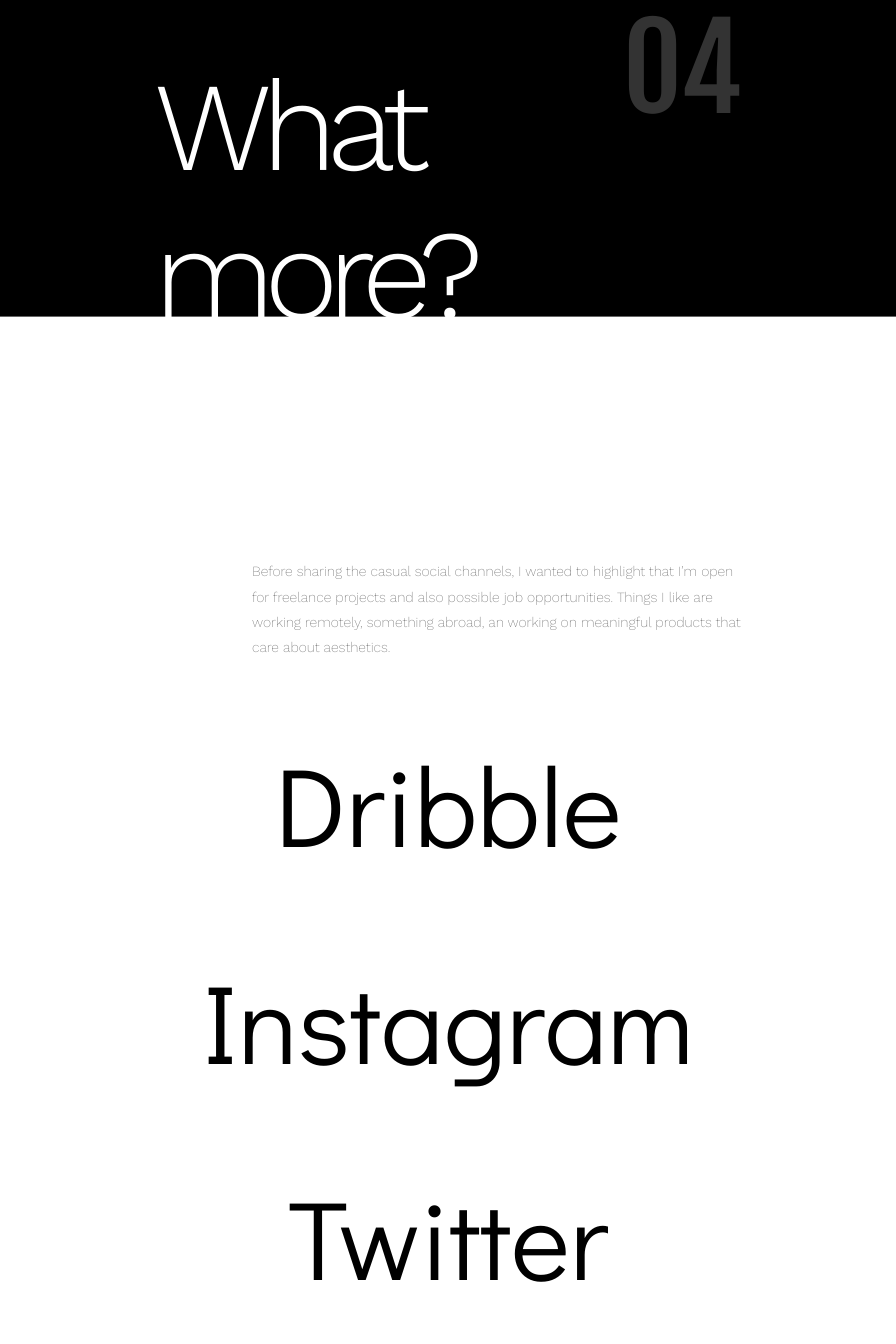
Repository: m0lt/DigitalDesigner
Page: index.html
The author's editor kept a copy of each file at every save. The page is drawn from the files as they stood at one save, then again after the next save.
The browser window is 1280 px wide. The pictures show the part of the page from y = 3836 to 5756 px (the page is 5756 px tall before and 5673 px after), at 70% of full size.
Backgrounds fixed to the window are drawn as part of the page.

Above is the page before, as saved 2025-07-08 12:36:48.

### index.html
<!DOCTYPE html>
<html lang="en">
  <head>
    <meta charset="UTF-8" />
    <meta name="viewport" content="width=device-width, initial-scale=1.0" />
    <link rel="stylesheet" href="./assets/css/styles.css" />
    <link rel="stylesheet" href="./assets/css/styles.css" />
    <title>Project 1</title>
  </head>
  <body>
    <header></header>
    <main>
      <section id="hero">
        <p>Super Portfolio of</p>
        <h1>DIGITAL<br />DESIGNER</h1>
        <img src="./assets/img/portfolio1.jpeg" alt="Man Jumping on Rock" />
        <p>WORK</p>
      </section>
      <article id="ORBIS" class="dark content">
        <p class="Year">2019</p>
        <h2>ORBIS</h2>
        <p>Corporate Website</p>
        <div class="hoverAction">
          <button>DIVE IN</button>
          <p class="number">01</p>
        </div>
      </article>
      <article id="ROLLR" class="light content">
        <p class="Year">2019</p>
        <h2>ROLLR</h2>
        <p>Marketing Website</p>
        <div class="hoverAction">
          <button>DIVE IN</button>
          <p class="number">02</p>
        </div>
      </article>
      <article id="GALITOS" class="dark content">
        <p class="Year">2018</p>
        <h2>GALITO'S</h2>
        <p>Marketing Website</p>
        <div class="hoverAction">
          <button>DIVE IN</button>
          <p class="number">03</p>
        </div>
      </article>
      <article id="TRETTO" class="light content">
        <p class="Year">2018</p>
        <h2>TRETTO</h2>
        <p>Mobile App</p>
        <div class="hoverAction">
          <button>DIVE IN</button>
          <p class="number">04</p>
        </div>
      </article>
      <article id="more" class="content">
        <h2>What more?</h2>
        <div>
          <p>
            Before sharing the casual social channels, I wanted to highlight that I’m open for freelance projects and
            also possible job opportunities. Things I like are working remotely, something abroad, an working on
            meaningful products that care about aesthetics.
          </p>
          <p>super@super.de</p>
        </div>
      </article>
    </main>
    <footer>
      <p>Dribble</p>
      <p>Instagram</p>
      <p>Twitter</p>
    </footer>
  </body>
</html>

### assets/css/styles.css
* {
  box-sizing: border-box;
  margin: 0;
  padding: 0;
}

:root {
  --void: #000;
  --bright: #fff;
  --dark: #333;
  --mid: #666;
  --light: #9e9e9e;
  --font-size: 16px;
}

@font-face {
  font-family: "Didact Gothic";
  src: url(../font/Didact_Gothic/DidactGothic-Regular.ttf);
}
@font-face {
  font-family: "Fjalla One";
  src: url(../font/Fjalla_One/FjallaOne-Regular.ttf);
}
@font-face {
  font-family: "Work Sans";
  src: url(../font/Work_Sans/WorkSans-VariableFont_wght.ttf);
}

html {
}

h1 {
  font-family: "Didact Gothic";
  font-size: 100px;
  font-weight: 100px;
  letter-spacing: -2px;
  margin: 30px;
}

h2 {
  font-family: "Didact Gothic";
  font-size: 112px;
  padding: 50px 0 50px 0;
}

.content {
  margin: 0 auto;
  padding: 150px 220px;
  height: 80vh;
  background-repeat: no-repeat;
  background-attachment: fixed;
  background-size: cover;
}

.content p {
  font-family: "Work Sans";
  font-size: 20px;
}

/* Strich vor der Jahreszahl */
.Year::before {
  content: "";
  display: inline-block;
  width: 17px;
  height: 2px;
  margin-right: 8px;
  vertical-align: middle;
}

button {
  border-width: 2px;
  border-style: solid;
  padding: 15px 20px;
  margin: 100px 0;
  background-color: transparent;
  font-family: "Fjalla One";
}

button:hover {
  cursor: pointer;
}

p.number {
  font-size: 165px;
  opacity: 50%;
  font-family: "Fjalla One";
  text-align: end;
}

/* !=============Color Scheme: Dark=============== */
.dark p {
  color: var(--light);
}
.dark h2 {
  color: var(--bright);
}
.dark button {
  border-color: var(--light);
  color: var(--bright);
}
.dark button:hover {
  border-color: var(--light);
  background-color: var(--bright);
  color: var(--void);
}

.dark button:hover + .number {
  color: var(--bright);
  opacity: 100%;
}

.dark .Year::before {
  background-color: var(--light);
}

/* !=============Color Scheme: Light=============== */

.light p {
  color: var(--mid);
}
.light h2 {
  color: var(--void);
}
.light button {
  border-color: var(--void);
  color: var(--void);
}

.light button:hover {
  border-color: var(--light);
  background-color: var(--void);
  color: var(--bright);
}
.light button:hover + .number {
  color: var(--void);
  opacity: 100%;
}
.light .Year::before {
  background-color: var(--mid);
}

/* #==============Sections=============== */

#hero {
  text-align: center;
  margin: 20px;
}
#hero p {
  font-family: "Work Sans";
}
#hero p:nth-of-type(1) {
  font-size: 20px;
}
#hero p:nth-of-type(2) {
  margin: 50px;
  font-size: 160px;
}

/* Dark */
#ORBIS {
  background-image: url("../img/portfolio2.jpg");
}

/* article#ROLLR:has(button:hover) .number {
  color: var(--bright);

} */
/* Light */
#ROLLR {
  background-image: url("../img/portfolio3.png");
}
/* Dark */
#GALITOS {
  background-image: url("../img/portfolio4.jpg");
}
/* Light */
#TRETTO {
  background-image: url("../img/portfolio5.png");
}

#more {
  background-color: var(--void);
}

#more h2 {
  font-size: 180px;
  font-family: "Work Sans";
  font-weight: 300;
  letter-spacing: -15px;
  color: var(--bright);
}

#more div {
  margin-top: 250px;
  width: 700px;
  float: right;
}
#more p:nth-child(1) {
  color: var(--mid);
  font-weight: 200;
  line-height: 180%;
}
#more p:nth-child(2) {
  padding-top: 30px;
  font-size: 60px;
  font-weight: 300;
  color: var(--bright);
  letter-spacing: -5px;
}

footer p {
  text-align: center;
  font-size: 160px;
  font-family: "Didact Gothic";
  font-weight: 200;
  color: var(--void);
  padding: 50px 0;
}

After the next save:
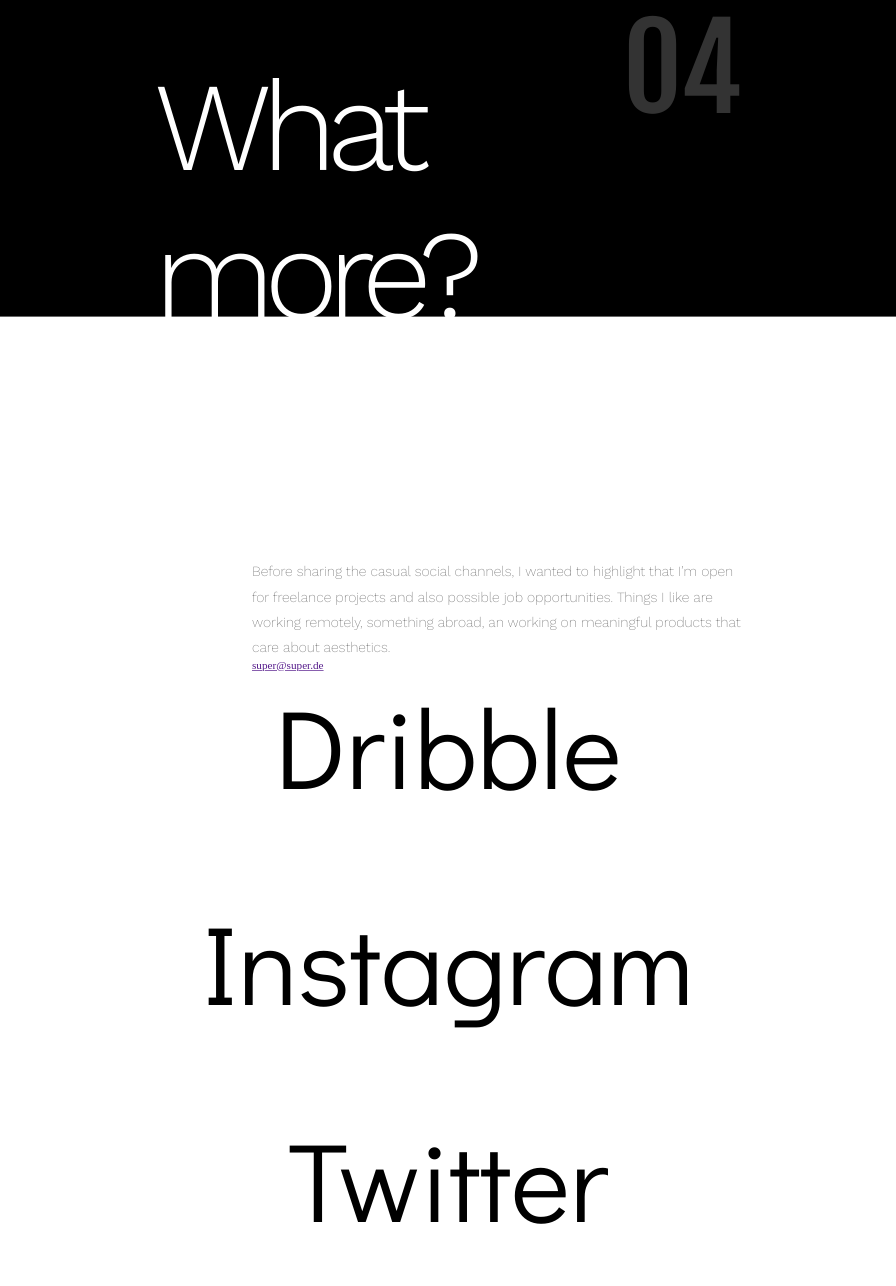
Saved 65 s later.
--- a/index.html
+++ b/index.html
@@ -60,7 +60,7 @@
             also possible job opportunities. Things I like are working remotely, something abroad, an working on
             meaningful products that care about aesthetics.
           </p>
-          <p>super@super.de</p>
+          <a href="">super@super.de</a>
         </div>
       </article>
     </main>
